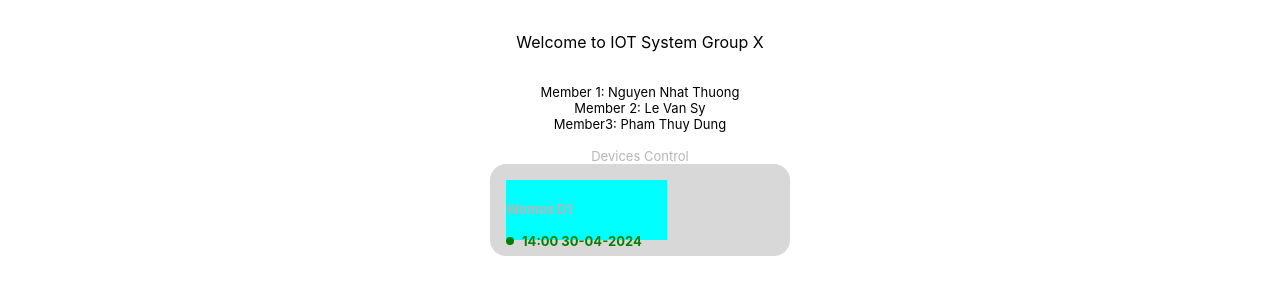
Repository: ngnhthuong/IOT_LAB
Page: /
The author's editor kept a copy of each file at every save. The page is drawn from the files as they stood at one save, then again after the next save.
The browser window is 1280 px wide. The pictures show the whole page.
The project was rebuilt for these pictures with package versions that can differ from the ones it lists, and the page was loaded fresh each time.

Above is the page before, as saved 2024-04-23 14:53:10.

After the next save:
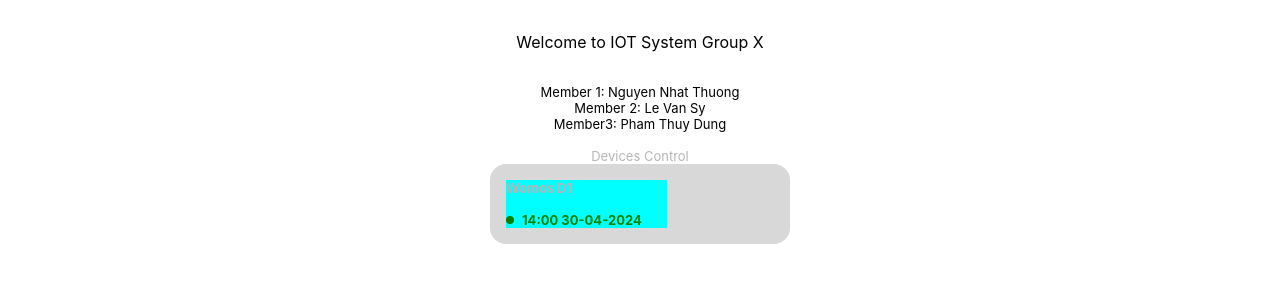
Saved 29 s later.
--- a/src/App.css
+++ b/src/App.css
@@ -54,7 +54,6 @@
   gap: 1rem;
   background-color: aqua;
   width: 60%;
-  height: 30px;
 }
 
 .name{
